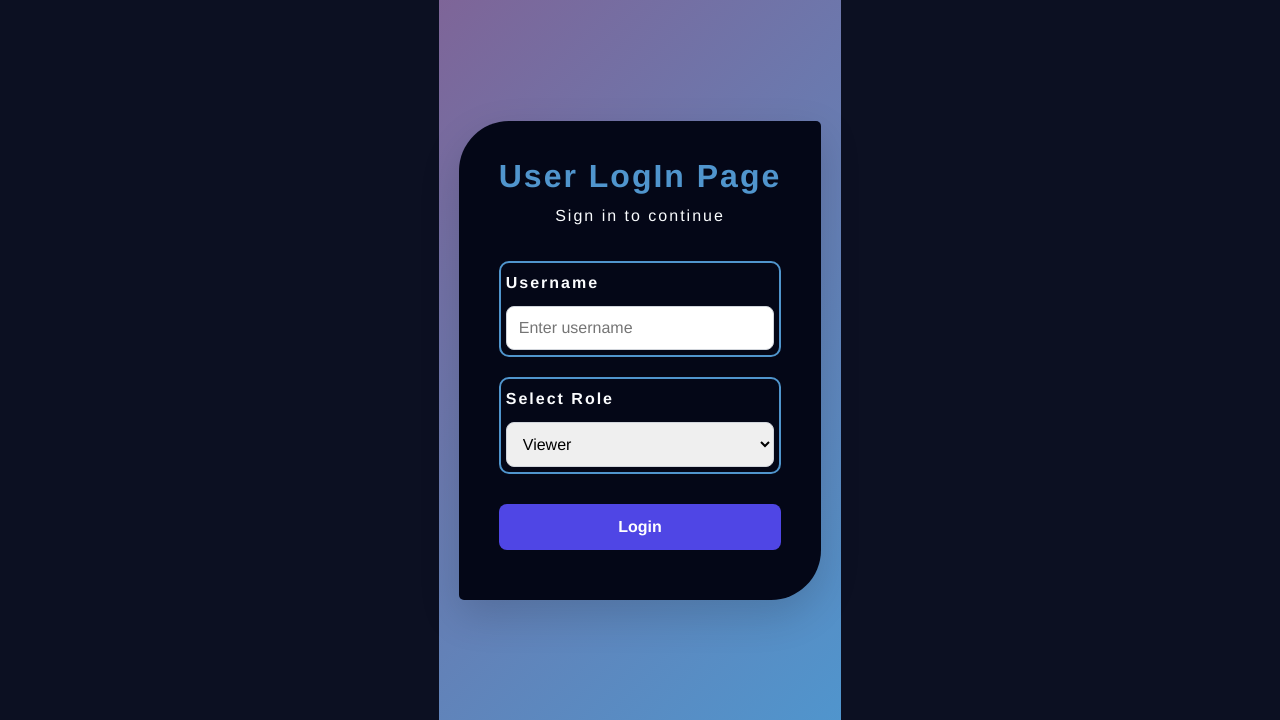
Repository: SolomonChinonso/myUserDashboard
Page: / (app in my-user-dashboard-app/)
These files come from the project's save history. The page is drawn as it stood at one moment and after the next save; the edit follows.
The browser window is 1280 px wide. The pictures show the whole page.
The project was rebuilt for these pictures with package versions that can differ from the ones it lists, and the page was loaded fresh each time. Also part of the build but not shown: my-user-dashboard-app/vite.config.ts, my-user-dashboard-app/src/App.css, my-user-dashboard-app/src/pages/Dashboard.tsx, my-user-dashboard-app/src/pages/Profile.tsx, my-user-dashboard-app/src/pages/Settings.tsx, my-user-dashboard-app/src/components/Navbar.tsx, my-user-dashboard-app/src/components/ProtectedRoute.tsx.

Above is the page before, as saved 2026-05-30 15:05:14.

After the next save:
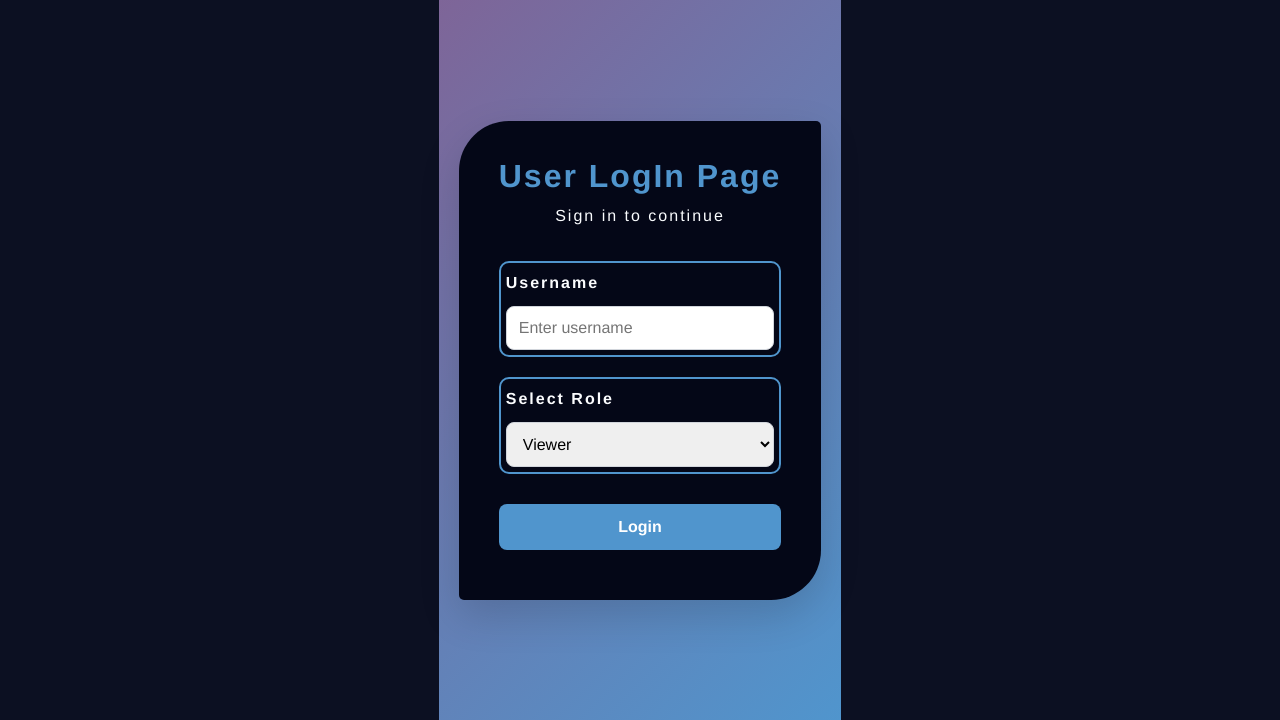
Saved 16 min 28 s later.
--- a/my-user-dashboard-app/src/pages/Login.css
+++ b/my-user-dashboard-app/src/pages/Login.css
@@ -89,7 +89,7 @@
   border: none;
   border-radius: 8px;
 
-  background: #4f46e5;
+  background: #5095cd;
   color: white;
 
   font-size: 16px;
